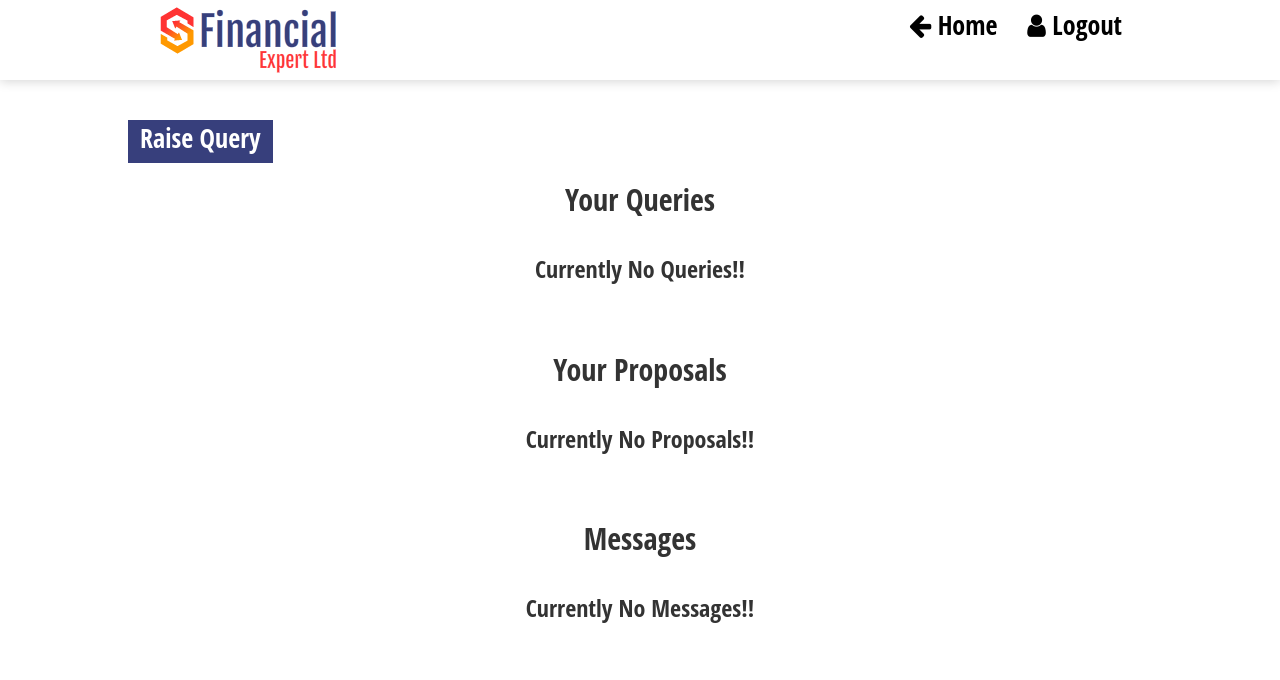
Repository: intkhabahmed/AcceleratedBootcampWebsites
Page: http://localhost/BenefitsCards/UI/profile.jsp
An editor plug-in stored every save of this project. The page is shown before and after the next save, followed by the edit.
The browser window is 1280 px wide. The pictures show the whole page.
Some web fonts or font styles are not loaded; a fallback is used. The page is served by Tomcat 9. Nobody is signed in. The application's start-up code is not run. The template is opened directly, without the code that normally fills it, so the values that code supplies are empty.

Above is the page before, as saved 2018-01-30 09:57:04.

After the next save:
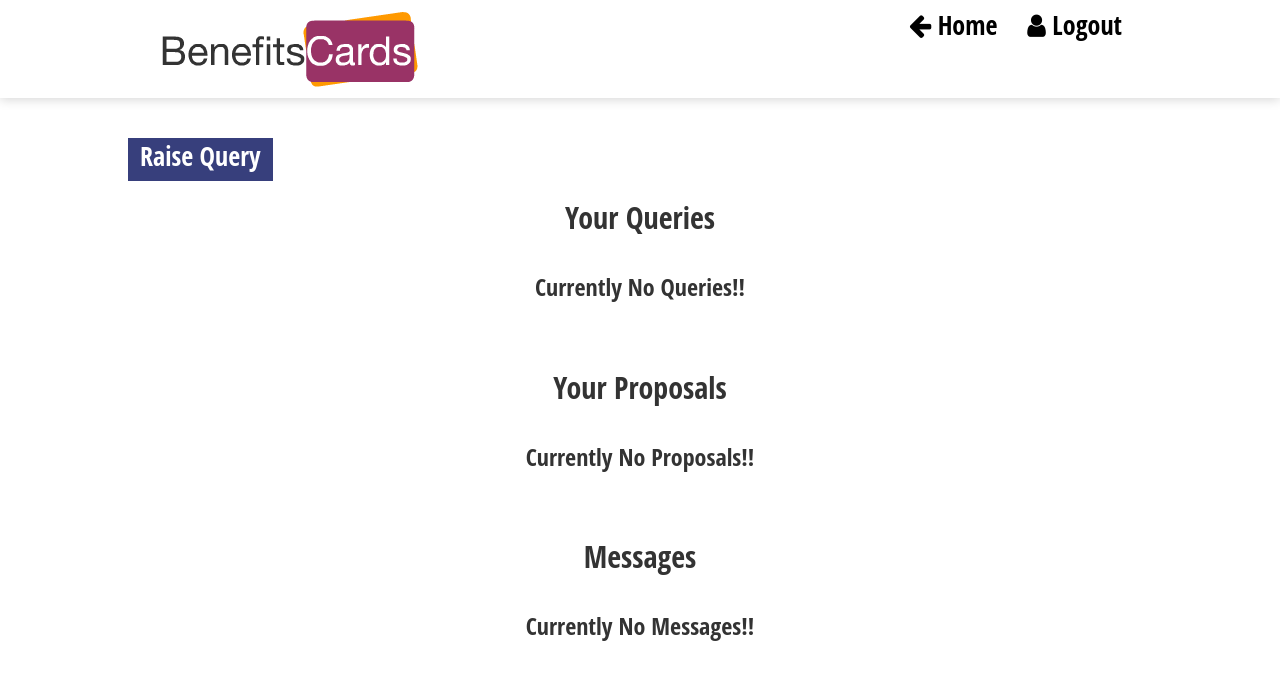
Saved 79 min 17 s later.
--- a/BenefitsCards/WebContent/UI/profile.jsp
+++ b/BenefitsCards/WebContent/UI/profile.jsp
@@ -17,7 +17,7 @@
 	<div id="profile_logo_container">
 		<div class="container">
 			<div class="col-sm-6">
-				<a id="profileLogo" href="index.html"><img src="images/team1logo.png" alt="Financial Expert Ltd"></a>
+				<a id="profileLogo" href="index.html"><img src="images/BC_logo.png" alt="Financial Expert Ltd"></a>
 			</div>
 			<div class="col-sm-6">
 				<ul class="nav navbar-nav navbar-right">
